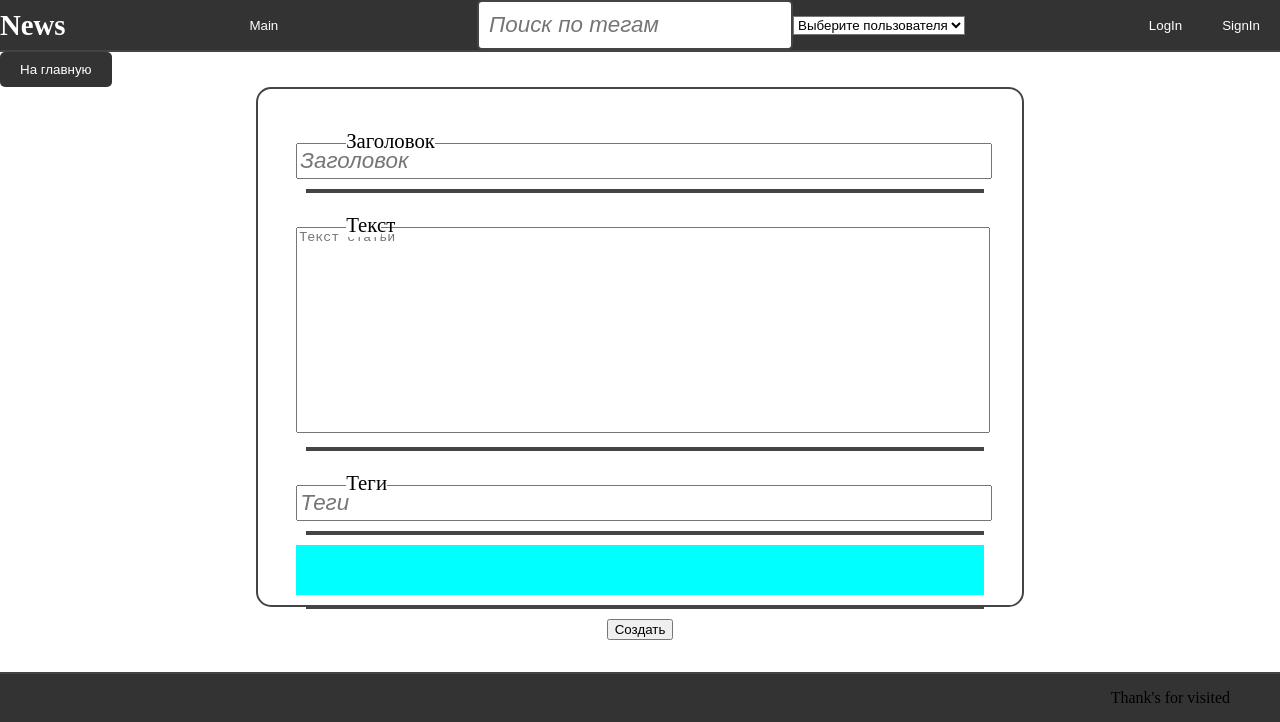
Repository: Igor-Blazhko/news_frontend
Page: /CreatePost
An editor plug-in stored every save of this project. The page is shown before and after the next save, followed by the edit.
The browser window is 1280 px wide. The pictures show the whole page.
The project was rebuilt for these pictures with package versions that can differ from the ones it lists, and the page was loaded fresh each time. Also part of the build but not shown: vite.config.ts, src/components/allPost/onePost/onePost.module.css, src/components/allPost/onePost/onePost.tsx, src/components/allPost/allPost.tsx, src/components/auth/logIn/login.module.css, src/components/auth/logIn/login.tsx, src/components/auth/register/register.tsx, src/components/pageOnePost/comments/comment.tsx and 2 more.

Above is the page before, as saved 2024-07-15 16:54:40.

After the next save:
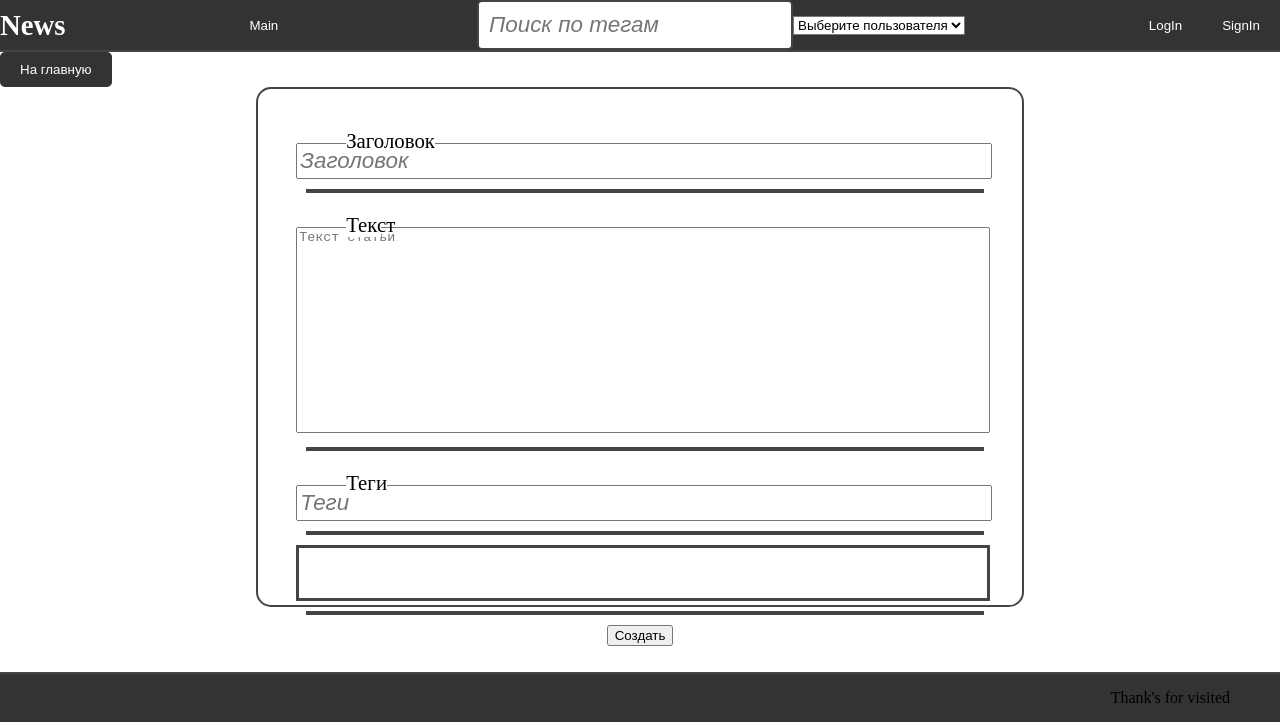
Saved 25 s later.
--- a/src/components/createPost/createPost.module.css
+++ b/src/components/createPost/createPost.module.css
@@ -63,7 +63,7 @@ label.file{
     top: 0;
     left: 0;
     display: block;
-    background-color: aqua;
+    border: #444 3px solid;
     width: 100%;
     height: 50px;
 }
